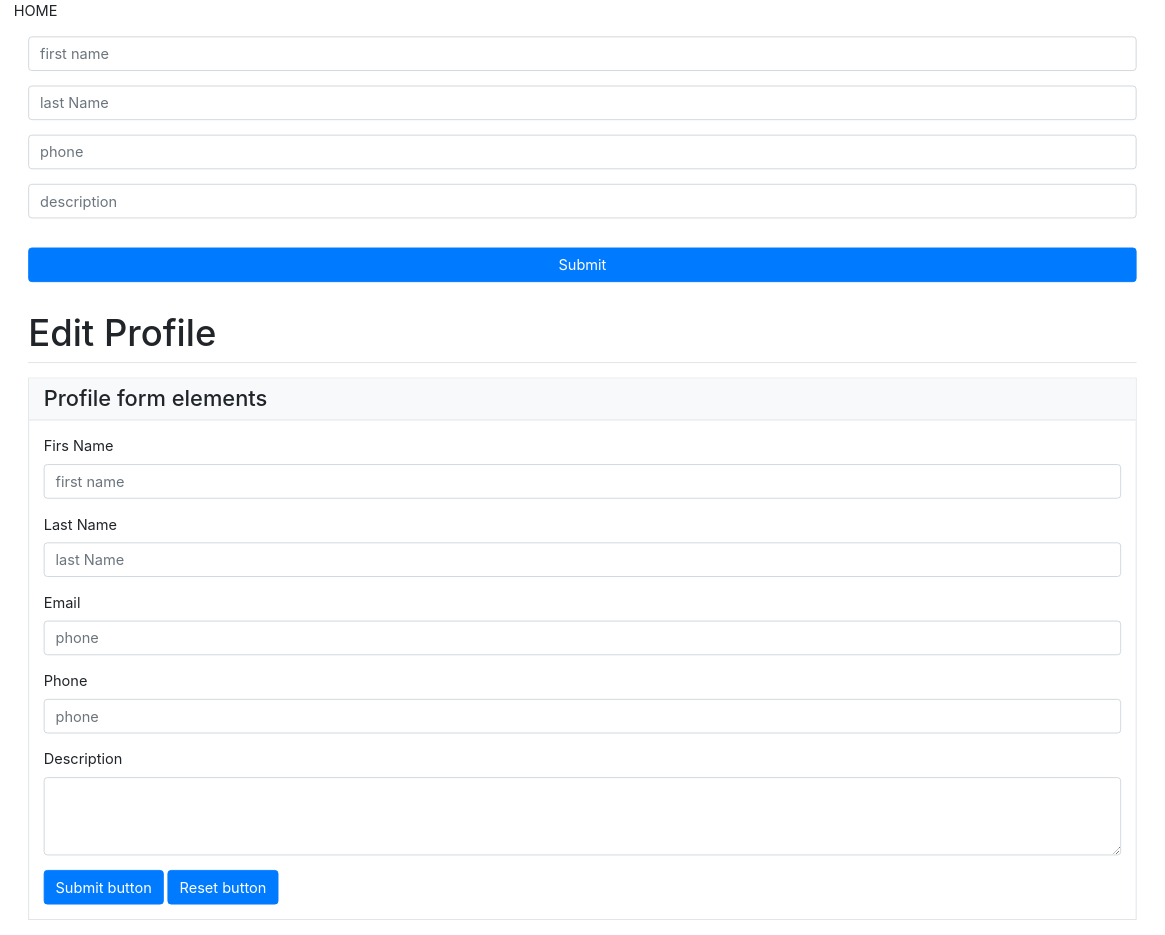
Repository: Thiuannh/springboot
Page: http://localhost/JACKMVC/WEB-INF/views/home.jsp
These files come from the project's save history. The page is drawn as it stood at one moment and after the next save; the edit follows.
The browser window is 1280 px wide. The pictures show the whole page, at 91% of full size.
The page is served by Tomcat 9. Nobody is signed in. Other server files are loaded and not shown. The template is opened directly, without the code that normally fills it, so the values that code supplies are empty.

Above is the page before, as saved 2022-11-21 11:39:23.

### JACKMVC/src/main/webapp/WEB-INF/views/home.jsp
<%@ taglib uri="http://java.sun.com/jsp/jstl/core" prefix="c"%>
<%@ taglib prefix="form" uri="http://www.springframework.org/tags/form"%>
<%@ page session="false"%>
<html lang="en">
<head>
<title>Title</title>
<!-- Required meta tags -->
<meta charset="utf-8">
<meta name="viewport"
	content="width=device-width, initial-scale=1, shrink-to-fit=no">

<!-- Bootstrap CSS -->

<link rel="stylesheet"
	href="https://stackpath.bootstrapcdn.com/bootstrap/4.3.1/css/bootstrap.min.css"
	integrity="sha384-ggOyR0iXCbMQv3Xipma34MD+dH/1fQ784/j6cY/iJTQUOhcWr7x9JvoRxT2MZw1T"
	crossorigin="anonymous">
<link rel="stylesheet" href="./resources/assets/css/tyle.css">
</head>
<body>
	<div class="container-fluid">



		HOME

		<form:form class="mx-3 my-3" method="POST" action="./${userName}"
			modelAttribute="userDetails">

			<div class="form-group">
				<form:input type="text" class="form-control" id="firstName"
					placeholder="first name" path="firsName" />
				<span class="text-danger error"></span>
			</div>
			<div class="form-group">
				<form:input type="text" class="form-control" id="lastName"
					placeholder="last Name" path="lastName" />
				<span class="text-danger error"></span>
			</div>

			<div class="form-group">
				<form:input type="text" class="form-control" id="lastName"
					placeholder="phone" path="phone" />
				<span class="text-danger error"></span>
			</div>

			<div class="form-group">
				<form:input type="text" class="form-control" id="description"
					placeholder="description" path="description" />
				<span class="text-danger error"></span>
			</div>


			<button type="submit" class="btn btn-primary w-100 my-3" id="login">Submit</button>

		</form:form>




		<div class="title m-3 border-bottom">
			<h1>Edit Profile</h1>
		</div>

		<div class="edit-form m-3 border">
			<h4 class="py-2 pl-3 border-bottom bg-light">Profile form
				elements</h4>

		<form:form class="mx-3 my-3" method="POST" action="./${userName}"
			modelAttribute="userDetails">
				<div class="form-group">
					<label for="firstName">Firs Name</label>
					 <form:input type="text" class="form-control" id="firstName"
					placeholder="first name" path="firsName" />
				</div>

				<div class="form-group">
					<label for="lastName">Last Name</label>
					<form:input type="text" class="form-control" id="lastName"
					placeholder="last Name" path="lastName" />
					<span class="text-danger error"></span>
				</div>


				<div class="form-group">
					<label for="Email">Email</label>
					<form:input type="text" class="form-control" id="lastName"
					placeholder="phone" path="phone" />
				<span class="text-danger error"></span>

				</div>

				<div class="form-group">
					<label for="phone">Phone</label>
					<form:input type="text" class="form-control" id="lastName"
					placeholder="phone" path="phone" />
				<span class="text-danger error"></span>


				</div>
				<div class="form-group">
					<label for="exampleFormControlTextarea1">Description</label>
					<form:textarea class="form-control" id="exampleFormControlTextarea1"
						rows="3" path="description"></form:textarea>
				</div>
				<button type="submit" class="btn btn-primary">Submit button</button>
				<button type="submit" class="btn btn-primary">Reset button</button>
			</form:form>
		</div>






	</div>




	<!-- Optional JavaScript -->
	<!-- jQuery first, then Popper.js, then Bootstrap JS -->
	<script src="https://code.jquery.com/jquery-3.3.1.slim.min.js"
		integrity="sha384-q8i/X+965DzO0rT7abK41JStQIAqVgRVzpbzo5smXKp4YfRvH+8abtTE1Pi6jizo"
		crossorigin="anonymous"></script>
	<script
		src="https://cdnjs.cloudflare.com/ajax/libs/popper.js/1.14.7/umd/popper.min.js"
		integrity="sha384-UO2eT0CpHqdSJQ6hJty5KVphtPhzWj9WO1clHTMGa3JDZwrnQq4sF86dIHNDz0W1"
		crossorigin="anonymous"></script>
	<script
		src="https://stackpath.bootstrapcdn.com/bootstrap/4.3.1/js/bootstrap.min.js"
		integrity="sha384-JjSmVgyd0p3pXB1rRibZUAYoIIy6OrQ6VrjIEaFf/nJGzIxFDsf4x0xIM+B07jRM"
		crossorigin="anonymous"></script>
	<script
		src="https://ajax.googleapis.com/ajax/libs/jquery/3.6.1/jquery.min.js"></script>
</body>

</html>

### JACKMVC/src/main/webapp/resources/css/tyle.css

.form-login {
    background-color:aliceblue;
    border: solid 1px burlywood;

}

.title {
    background-color: white;
}

.content {
  margin-top: 200px;
}

.header {
  background-color: azure;}


.sidebar {
  background-color: azure;
}

.form-contents:hover, .view-contents:hover {
  background-color: aquamarine;
}

After the next save:
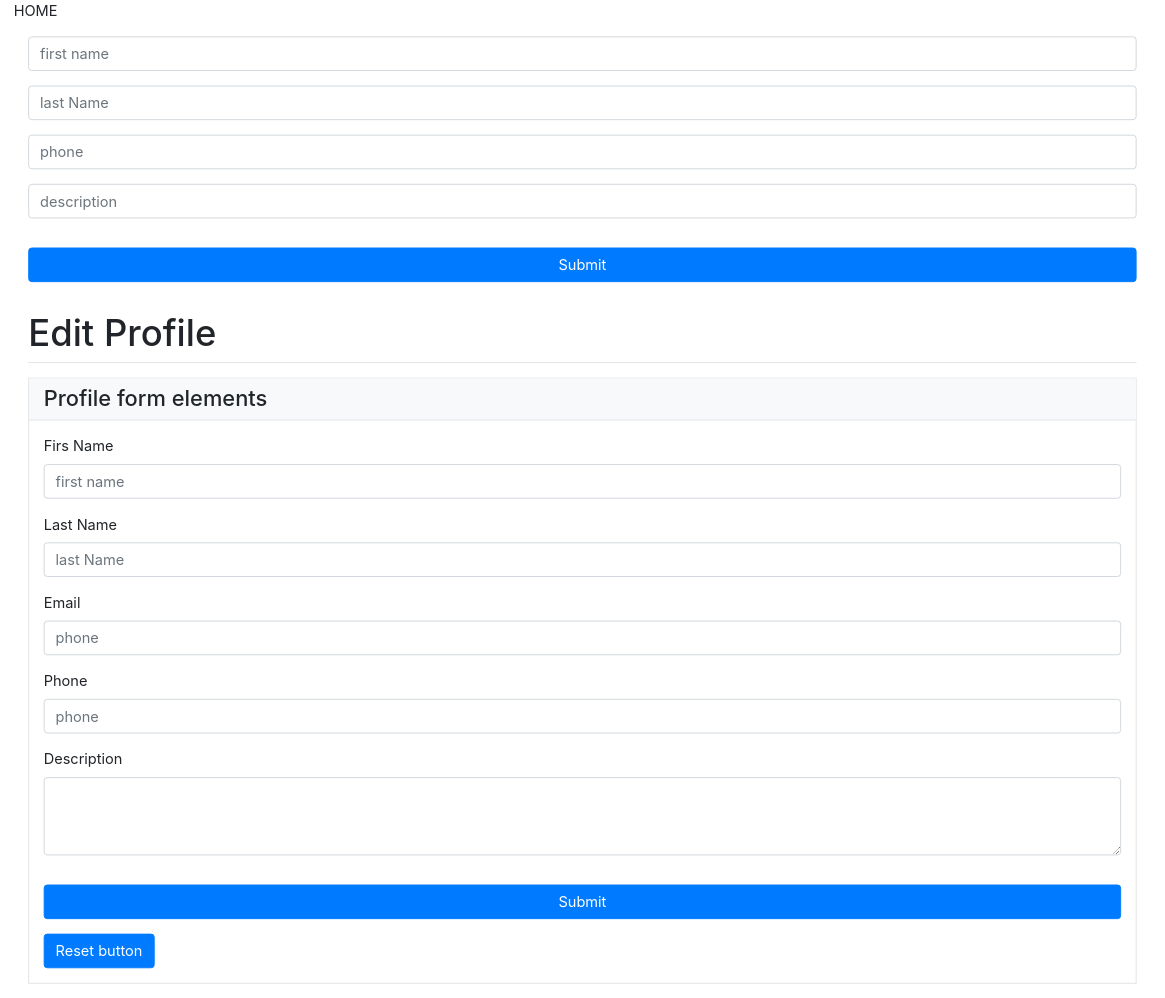
Saved 15 s later.
--- a/JACKMVC/src/main/webapp/WEB-INF/views/home.jsp
+++ b/JACKMVC/src/main/webapp/WEB-INF/views/home.jsp
@@ -103,7 +103,9 @@
 					<form:textarea class="form-control" id="exampleFormControlTextarea1"
 						rows="3" path="description"></form:textarea>
 				</div>
-				<button type="submit" class="btn btn-primary">Submit button</button>
+
+				<button type="submit" class="btn btn-primary w-100 my-3" id="login">Submit</button>
+
 				<button type="submit" class="btn btn-primary">Reset button</button>
 			</form:form>
 		</div>
